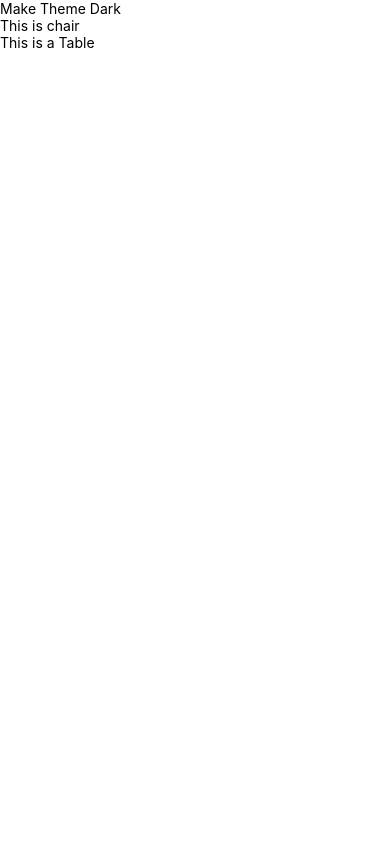
Repository: oscarMyerston/ProjectName
Screen: /
These files come from the project's save history. The screen is drawn as it stood at one moment and after a run of saves; the edit follows.
The app was drawn by React Native's web renderer in a window 390 px wide. The project was rebuilt for these pictures with package versions that can differ from the ones it lists, and the page was loaded fresh each time.

Above is the screen before, as saved 2024-05-31 21:48:48.

### App.js
/**
 * Sample React Native App
 * https://github.com/facebook/react-native
 *
 * @format
 * @flow strict-local
 */

import React from 'react';
import {
  View,
  Text,
  SafeAreaView,
} from 'react-native';
import { Chair as BlackChair} from './Chair';
import Table from "./Table"

const App = ()  => {

  return (
    <SafeAreaView>

      <Text style={ {} }>Make Theme Dark</Text>

      <View>
        {/* Chair */}
        <BlackChair></BlackChair>

        {/* Table */}
        <Table></Table>
      </View>
    </SafeAreaView>
  );
};

export default App;

### Chair.js
import React, { useEffect, useState } from "react";
import { Text } from "react-native";

const Chair = () => {

  const [ isBig, setIsBig ] = useState(false)
  const changeState = () => {
    setIsBig(currentState => !currentState)
  }

  useEffect(() => {
    console.log('Inside useEffect')
  }, [isBig])

  console.log('is Big: ', isBig)
  return (
    <Text
    style={{ fontSize: isBig ? 24 : 14}}
    onPress={changeState}
    >This is chair</Text>
  )
}

export { Chair };

### Table.js
import React from "react";
import { Text } from "react-native"

class Table extends React.PureComponent {

  constructor(props) {
    super(props)
    this.state = {
      isBig: false
    }
  }

  changeState = () => {
    this.setState({ isBig: !this.state.isBig })
  }

  render() {
    console.log('this.state.isBig: ', this.state.isBig)
    return (
      <Text
      style={{ fontSize: this.state.isBig ? 24 : 14}}
      onPress={this.changeState}
      >This is a Table</Text>
    )
  }
}

export default Table

After the next 6 saves:
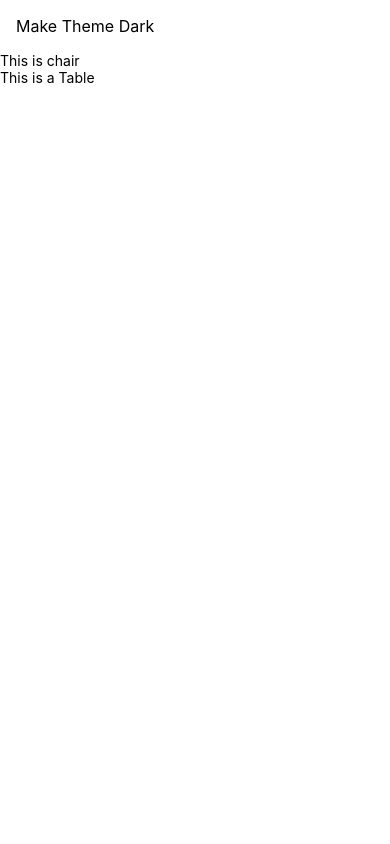
The 6 saves are shown as one change because 1 did not build or start and some came seconds apart.
The last was saved 20 s later.
--- a/App.js
+++ b/App.js
@@ -20,7 +20,7 @@ const App = ()  => {
   return (
     <SafeAreaView>
 
-      <Text style={ {} }>Make Theme Dark</Text>
+      <Text style={ {margin:16, fontSize: 16} }>Make Theme Dark</Text>
 
       <View>
         {/* Chair */}
